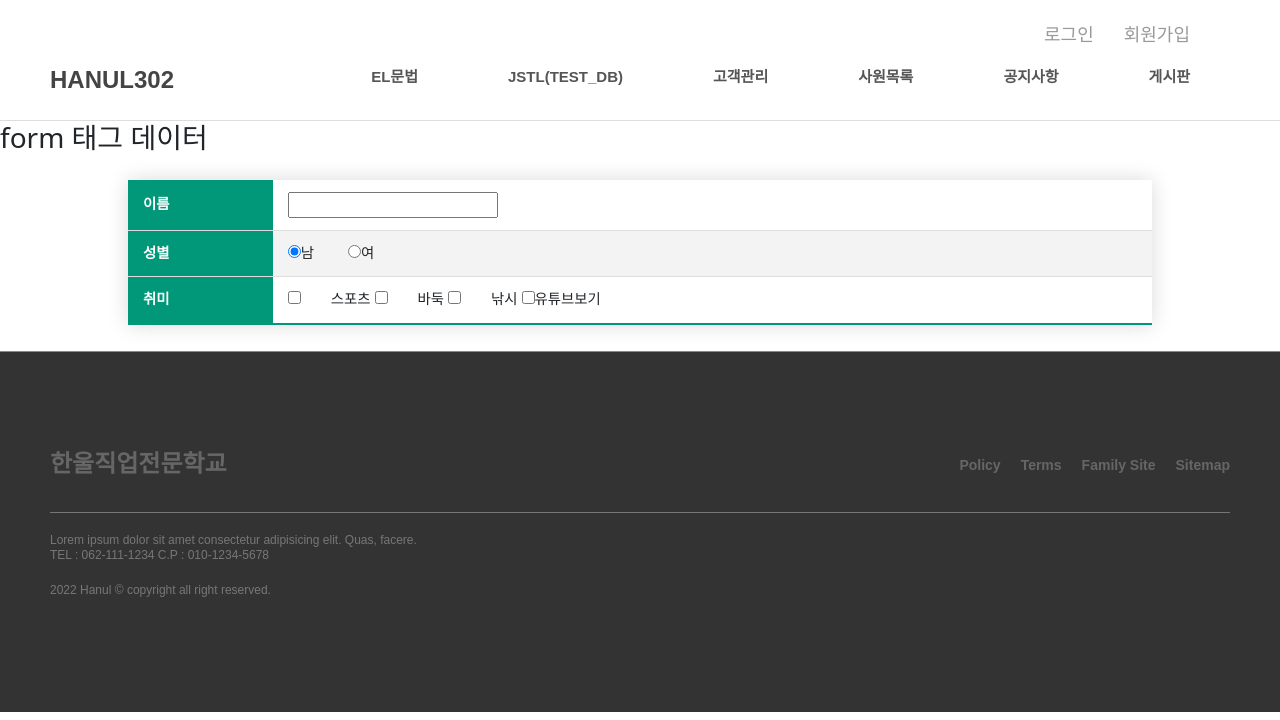
Repository: Xeyeong/servlet
Page: http://localhost/05.MiniProject/el/form.jsp
These files come from the project's save history. The page is drawn as it stood at one moment and after the next save; the edit follows.
The browser window is 1280 px wide. The pictures show the whole page.
Some web libraries are served in a nearby version. The page is served by Tomcat 9.

Above is the page before, as saved 2022-09-20 01:02:01.

After the next save:
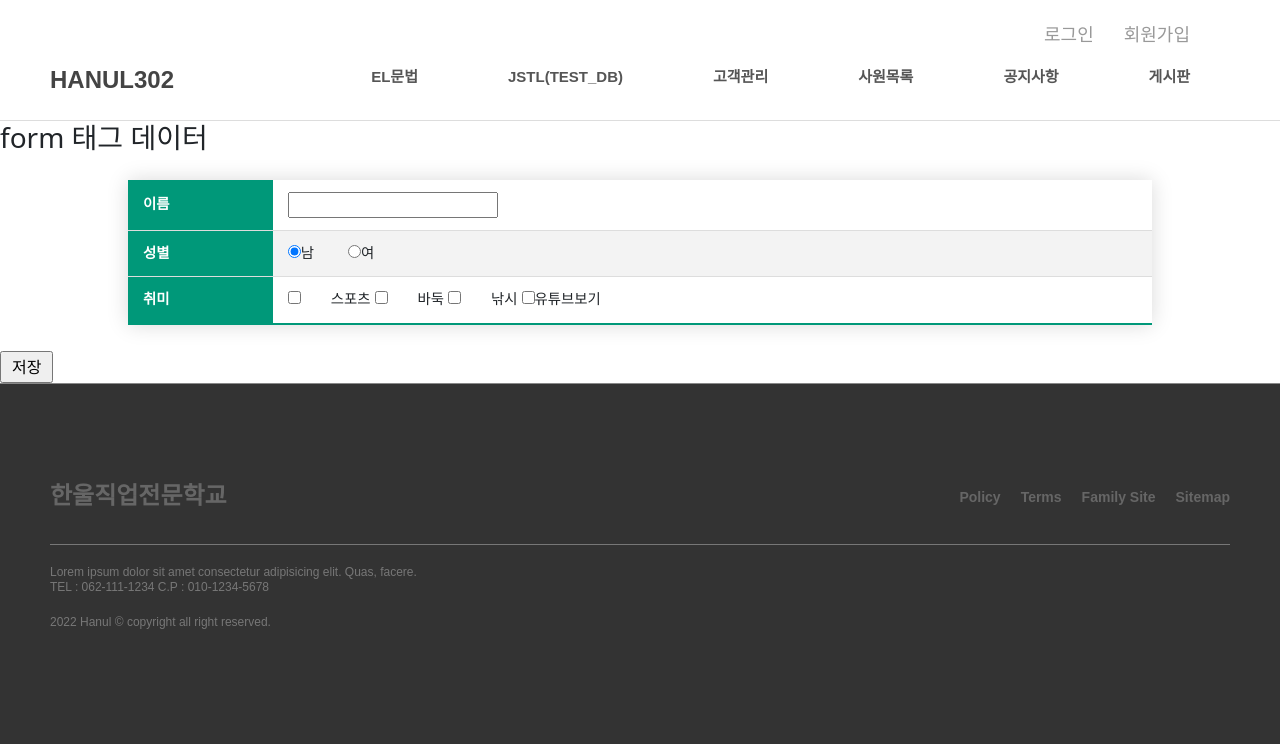
Saved 14 s later.
--- a/05.MiniProject/src/main/webapp/el/form.jsp
+++ b/05.MiniProject/src/main/webapp/el/form.jsp
@@ -34,7 +34,7 @@
 	</tr>
 
 </table>
-
+<input type="submit" value="저장" />
 </form>
 <jsp:include page="/include/footer.jsp"/>
 </body>
